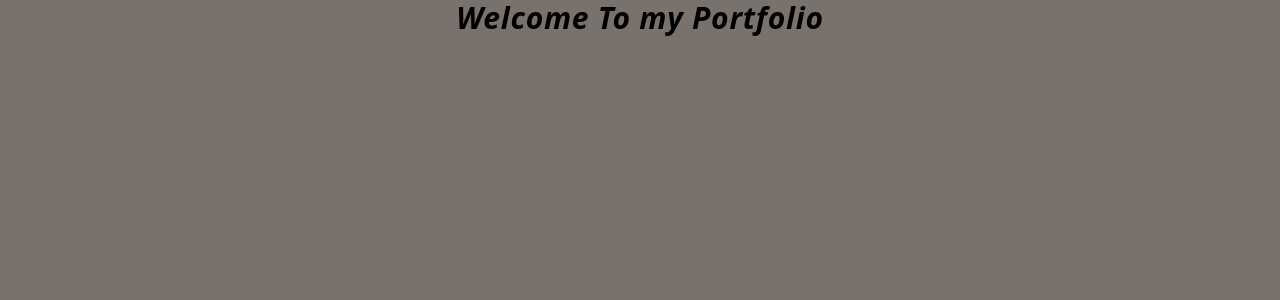
Repository: abhaysharma20233009/portfolio
Page: /
These files come from the project's save history. The page is drawn as it stood at one moment and after the next save; the edit follows.
The browser window is 1280 px wide. The pictures show the whole page.
The project was rebuilt for these pictures with package versions that can differ from the ones it lists, and the page was loaded fresh each time. Also part of the build but not shown: vite.config.js, src/App.css.

Above is the page before, as saved 2025-05-20 17:07:41.

After the next save:
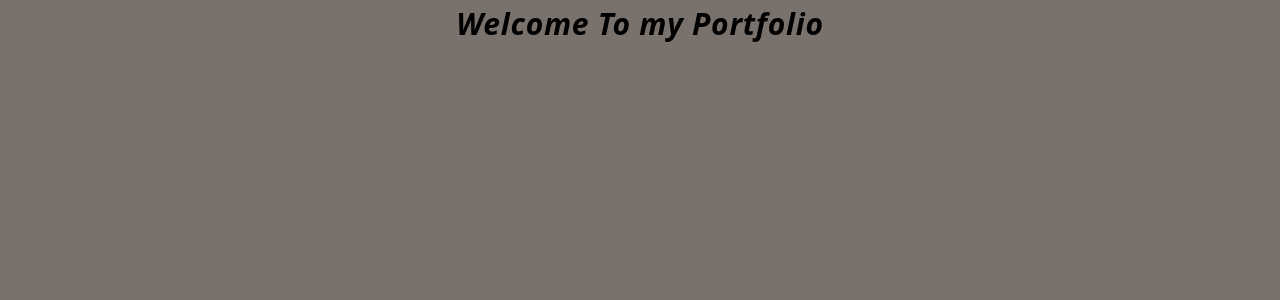
Saved 13 s later.
--- a/src/App.jsx
+++ b/src/App.jsx
@@ -8,7 +8,7 @@ function App() {
   return (
     <>
      <div className="h-screen w-full text-3xl bg-stone-500">
-  <h1 className='text-center text-shadow-fuchsia-600 text-blue-950 text-3xl mix-blend-color-burn font-bold italic tracking-wide'>Welcome To my Portfolio</h1>
+  <h1 className='text-center text-shadow-fuchsia-600 text-blue-950 text-3xl mix-blend-color-burn font-bold italic tracking-wide leading-relaxed'>Welcome To my Portfolio</h1>
         </div>
 
     </>
